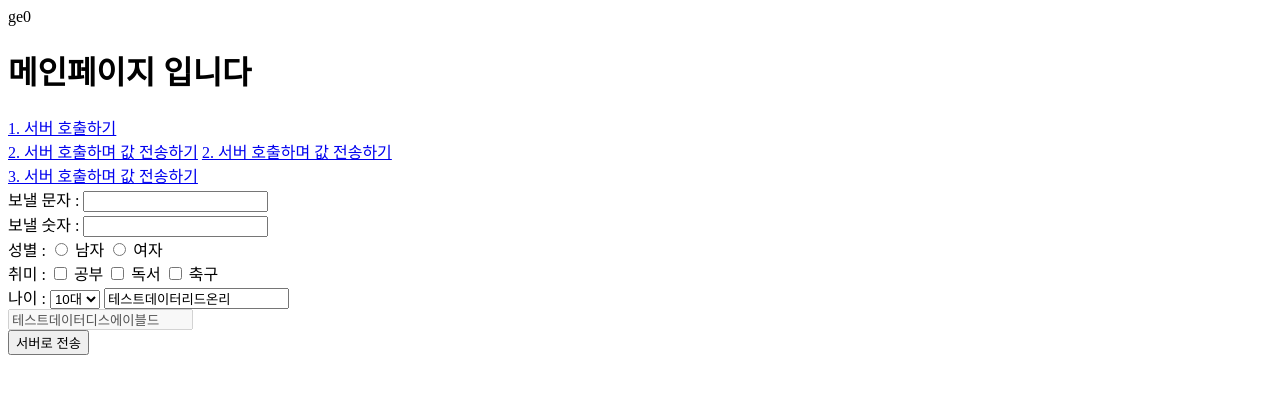
Repository: beescuit9510/toyProjects
Page: web-server-workplace/02_noDbProject/src/main/webapp/index.html
The author's editor kept a copy of each file at every save. The page is drawn from the files as they stood at one save, then again after the next save.
The browser window is 1280 px wide. The pictures show the whole page.

Above is the page before, as saved 2021-09-29 06:50:34.

### web-server-workplace/02_noDbProject/src/main/webapp/index.html
<!DOCTYPE html>ge0
<html>
<head>
<meta charset="UTF-8">
<title>Insert title here</title>
</head>
<body>
	<h1>메인페이지 입니다</h1>
	<a href="/requestServer">1. 서버 호출하기</a><br>
	<a href="/sendData1?test=abc&name=변덕">2. 서버 호출하며 값 전송하기</a>
	<a href="/sendData2?p1=abc&p2=변덕">2. 서버 호출하며 값 전송하기</a><br>
	<a href="/SendData3?age=11&name=변덕">3. 서버 호출하며 값 전송하기</a><br>
	<form action="/SendData3" method="get">
		보낼 문자 : <input type="text" name="str"><br>
		보낼 숫자 : <input type="text" name="num"><br>
		성별 :
		<input type="radio" name="gender" value="남"> 남자
		<input type="radio" name="gender" value="여"> 여자
		<br>
		취미 :
		<input type="checkbox" name="hobby" value="study"> 공부
		<input type="checkbox" name="hobby" value="reading"> 독서
		<input type="checkbox" name="hobby" value="soccer">  축구
		<br>
		나이 :
		<select name="age">
			<option value="10">10대<option>
			<option value="20">20대<option>
			<option value="30">30대<option>
			<option value="40">40대<option>
		</select>
		<input type="hidden" name="hiddenData" value="숨겨진데이터">
		<input type="text" name="input1" value="테스트데이터리드온리" readonly><br>
		<input type="text" name="input2" value="테스트데이터디스에이블드" disabled><br>


		<input type="submit" value="서버로 전송">
	</form>
</body>
</html>

After the next save:
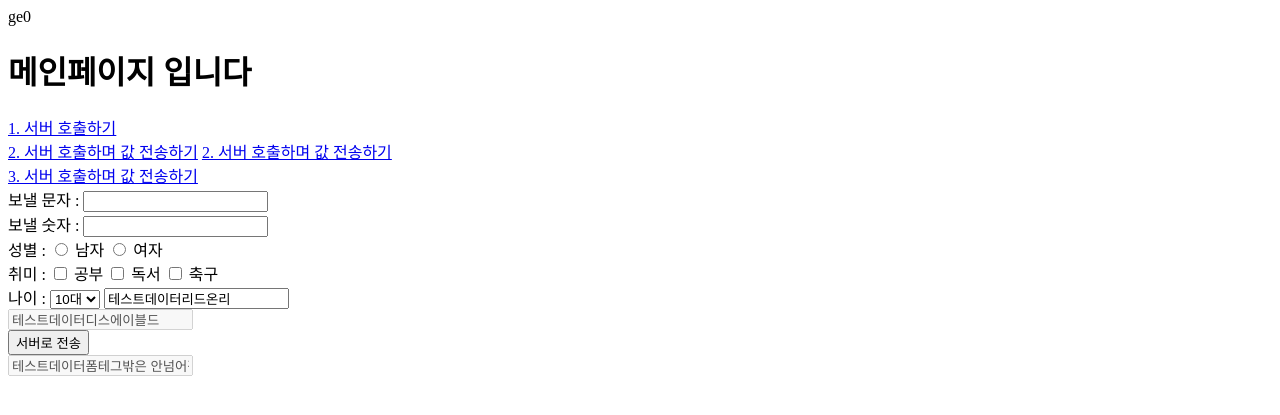
Saved 36 s later.
--- a/web-server-workplace/02_noDbProject/src/main/webapp/index.html
+++ b/web-server-workplace/02_noDbProject/src/main/webapp/index.html
@@ -35,6 +35,9 @@
 
 
 		<input type="submit" value="서버로 전송">
+
 	</form>
+	<input type="text" name="input3" value="테스트데이터폼테그밖은 안넘어감" disabled><br>
+
 </body>
 </html>
